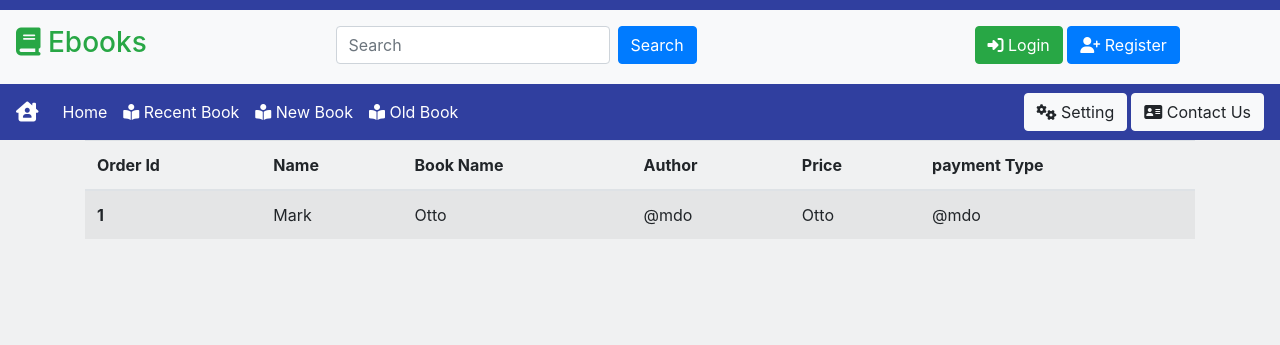
Repository: chittaranjan24/E-Books_Management_System
Page: http://localhost/Ebook-App/order.jsp
An editor plug-in stored every save of this project. The page is shown before and after the next save, followed by the edit.
The browser window is 1280 px wide. The pictures show the whole page.
Some web libraries are served in a nearby version. The page is served by Tomcat 9. Other server files are loaded and not shown.

Above is the page before, as saved 2023-08-31 11:24:07.

### Ebook-App/src/main/webapp/order.jsp
<%@ page language="java" contentType="text/html; charset=ISO-8859-1"
	pageEncoding="ISO-8859-1"%>
<!DOCTYPE html>
<html>
<head>
<meta charset="ISO-8859-1">
<title>Track Orders</title>
<%@include file="all_component/allCss.jsp"%>
</head>
<body style="background-color: #f0f1f2;">
	<%@include file="all_component/navbar.jsp"%>
	<div class="container">
		<table class="table table-striped">
			<thead>
				<tr>
					<th scope="col">Order Id</th>
					<th scope="col">Name</th>
					<th scope="col">Book Name</th>
					<th scope="col">Author</th>
					<th scope="col">Price</th>
					<th scope="col">payment Type</th>
				</tr>
			</thead>
			<tbody>
				<tr>
					<th scope="row">1</th>
					<td>Mark</td>
					<td>Otto</td>
					<td>@mdo</td>
					<td>Otto</td>
					<td>@mdo</td>
				</tr>

			</tbody>
		</table>
	</div>

</body>
</html>

### Ebook-App/src/main/webapp/all_component/allCss.jsp
<link rel="stylesheet"
	href="https://cdn.jsdelivr.net/npm/bootstrap@4.0.0/dist/css/bootstrap.min.css"
	integrity="sha384-Gn5384xqQ1aoWXA+058RXPxPg6fy4IWvTNh0E263XmFcJlSAwiGgFAW/dAiS6JXm"
	crossorigin="anonymous">


<script src="https://code.jquery.com/jquery-3.2.1.slim.min.js"
	integrity="sha384-KJ3o2DKtIkvYIK3UENzmM7KCkRr/rE9/Qpg6aAZGJwFDMVNA/GpGFF93hXpG5KkN"
	crossorigin="anonymous"></script>
<script
	src="https://cdn.jsdelivr.net/npm/popper.js@1.12.9/dist/umd/popper.min.js"
	integrity="sha384-ApNbgh9B+Y1QKtv3Rn7W3mgPxhU9K/ScQsAP7hUibX39j7fakFPskvXusvfa0b4Q"
	crossorigin="anonymous"></script>
<script
	src="https://cdn.jsdelivr.net/npm/bootstrap@4.0.0/dist/js/bootstrap.min.js"
	integrity="sha384-JZR6Spejh4U02d8jOt6vLEHfe/JQGiRRSQQxSfFWpi1MquVdAyjUar5+76PVCmYl"
	crossorigin="anonymous"></script>


<link rel="stylesheet"
	href="https://cdnjs.cloudflare.com/ajax/libs/font-awesome/6.4.2/css/all.min.css"
	integrity="sha512-z3gLpd7yknf1YoNbCzqRKc4qyor8gaKU1qmn+CShxbuBusANI9QpRohGBreCFkKxLhei6S9CQXFEbbKuqLg0DA=="
	crossorigin="anonymous" referrerpolicy="no-referrer" />


<link rel="stylesheet" href="all_component/style.css">

### Ebook-App/src/main/webapp/all_component/navbar.jsp
<%@ taglib prefix="c" uri="http://java.sun.com/jsp/jstl/core"%>
<%@page isELIgnored="false" %>

<div class="container-fluid"
	style="height: 10px; background-color: #303f9f"></div>

<div class="container-fluid p-3 bg-light">
	<div class="row">
		<div class="col-md-3 text-success">
			<h3>
				<i class="fa-solid fa-book"></i> Ebooks
			</h3>
		</div>
		<div class="col-md-6">
			<form class="form-inline my-2 my-lg-0" action="search.jsp" method="post">
				<input class="form-control mr-sm-2" type="search" name="ch"
					placeholder="Search" aria-label="Search">
				<button class="btn btn-primary my-2 my-sm-0" type="submit">Search</button>
			</form>
		</div>

		<c:if test="${not empty userobj }">

		<div class="col-md-3">

		<a href="checkout.jsp"><i class="fa-solid fa-cart-arrow-down fa-2x"></i></a>

			<button class="btn btn-success">
			<i class="fa-solid fa-circle-user"></i> ${userobj.name}</button>

			<a href="logout" class="btn btn-primary text-white">
			<i class="fa-solid fa-power-off"></i> Logout</a>
		</div>

		</c:if>

		<c:if test="${empty userobj }">

		<div class="col-md-3">
			<a href="login.jsp" class="btn btn-success"><i
				class="fa-solid fa-right-to-bracket"></i> Login</a> <a
				href="register.jsp" class="btn btn-primary text-white"><i
				class="fa-solid fa-user-plus"></i> Register</a>
		</div>

		</c:if>


	</div>
</div>


<nav class="navbar navbar-expand-lg navbar-dark bg-custom">
	<a class="navbar-brand" href="index.jsp"> <i
		class="fa-solid fa-house-chimney-user"></i>
	</a>
	<button class="navbar-toggler" type="button" data-toggle="collapse"
		data-target="#navbarSupportedContent"
		aria-controls="navbarSupportedContent" aria-expanded="false"
		aria-label="Toggle navigation">
		<span class="navbar-toggler-icon"></span>
	</button>

	<div class="collapse navbar-collapse" id="navbarSupportedContent">
		<ul class="navbar-nav mr-auto">
			<li class="nav-item active"><a class="nav-link" href="index.jsp">Home
					<span class="sr-only">(current)</span>
			</a></li>
			<li class="nav-item active"><a class="nav-link" href="all_recent_book.jsp"> <i
					class="fa-solid fa-book-open-reader"></i> Recent Book
			</a></li>
			<li class="nav-item active"><a class="nav-link" href="all_new_book.jsp"> <i
					class="fa-solid fa-book-open-reader"></i> New Book
			</a></li>

			<li class="nav-item active"><a class="nav-link disabled"
				href="all_old_book.jsp"> <i class="fa-solid fa-book-open-reader"></i> Old Book
			</a></li>
		</ul>
		<form class="form-inline my-2 my-lg-0">

			<a href="setting.jsp" class="btn btn-light my-2 my-sm-0" type="submit">
				<i class="fa-solid fa-gears"></i> Setting
			</a>
			<a href="helpline.jsp" class="btn btn-light my-2 my-sm-0 ml-1" type="submit">
				<i class="fa-solid fa-address-card"></i> Contact Us
			</a>

		</form>
	</div>
</nav>

### Ebook-App/src/main/webapp/all_component/style.css
.bg-custom{
	background-color: #303f9f;
}

.navbar .nav-item:hover .nav-link {
	background-color: white;
	color: #303f9f;
	border-radius: 15px;
}

After the next save:
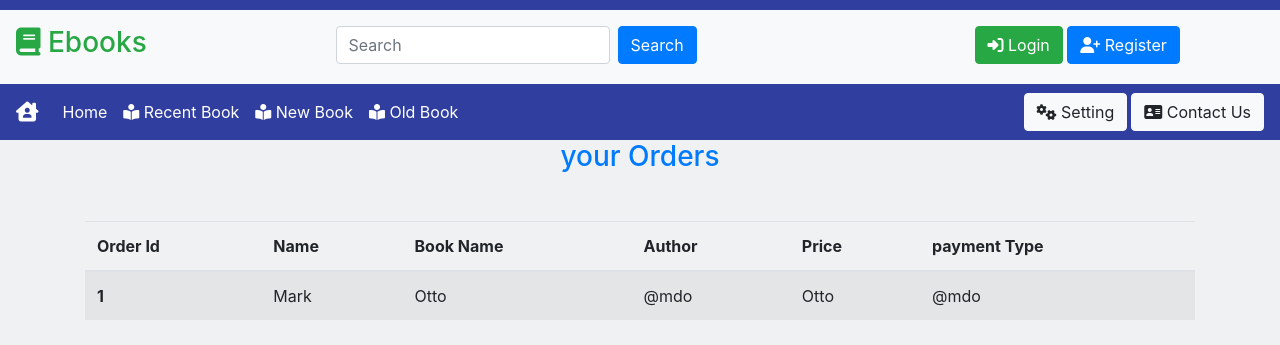
Saved 2 min 24 s later.
--- a/Ebook-App/src/main/webapp/order.jsp
+++ b/Ebook-App/src/main/webapp/order.jsp
@@ -10,7 +10,8 @@
 <body style="background-color: #f0f1f2;">
 	<%@include file="all_component/navbar.jsp"%>
 	<div class="container">
-		<table class="table table-striped">
+	<h3 class="text-center text-primary">your Orders</h3>
+		<table class="table table-striped mt-5">
 			<thead>
 				<tr>
 					<th scope="col">Order Id</th>
